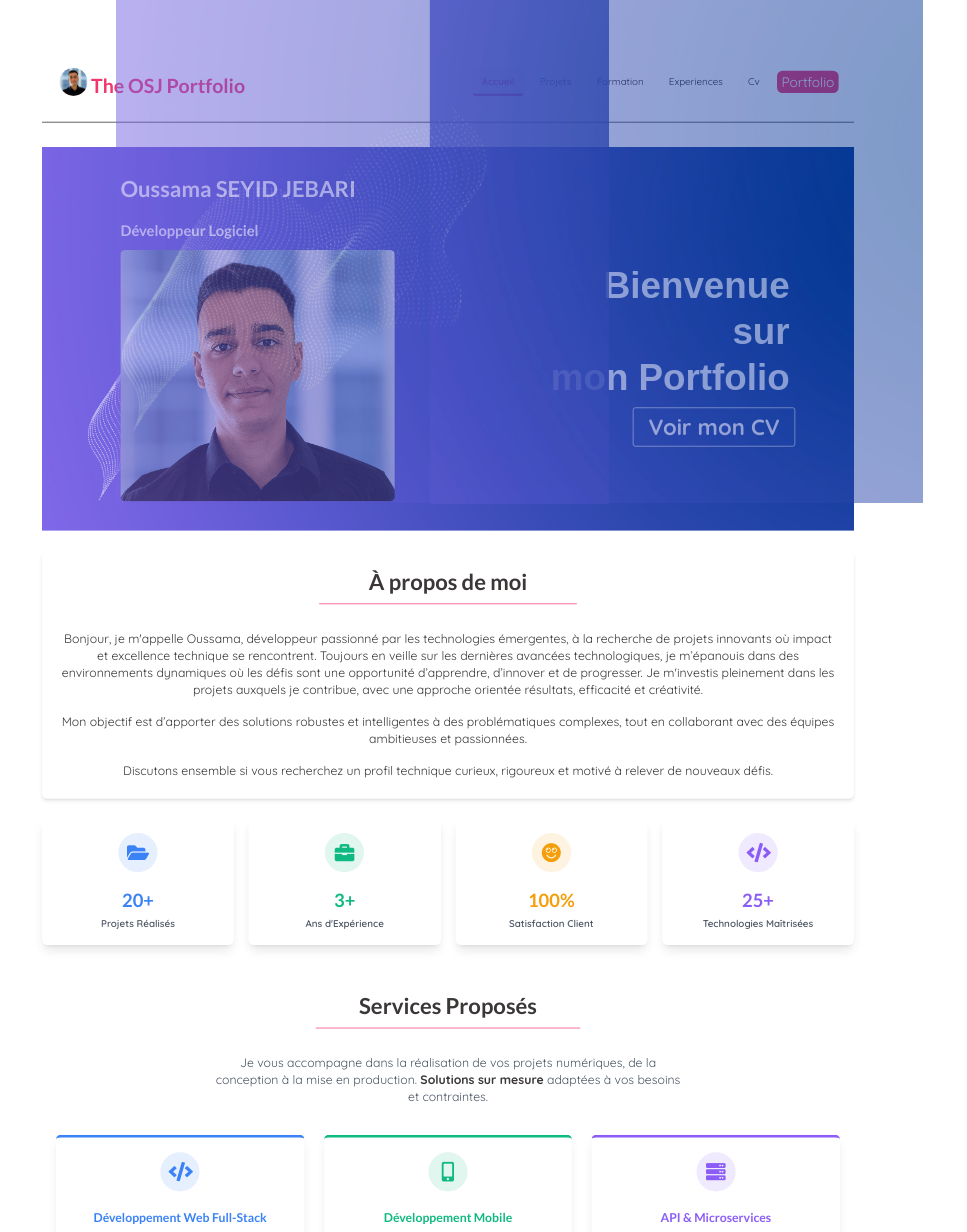
Repository: OussamSJ/Portfolio
Page: /
An editor plug-in stored every save of this project. The page is shown before and after the next save, followed by the edit.
The browser window is 1280 px wide. The page is 1382 px wide, then 1280 px, so the pictures cover 1382 px, including what lies to the right of the window. The pictures show the part of the page from y = 0 to 1760 px (the page is 5165 px tall), at 70% of full size.
The project was rebuilt for these pictures with package versions that can differ from the ones it lists, and the page was loaded fresh each time. Also part of the build but not shown: src/Cv.js, src/Expcomponent.js, src/Experiences.js, src/FormationComponent.js, src/Formation.js, src/projets/ProjetComponent.js, src/Processus.js, src/projets/Projet.js and 5 more.

Above is the page before, as saved 2026-02-06 17:18:30.

### public/index.html
<!DOCTYPE html>
<html lang="en">
  <head>
    <meta charset="utf-8" />
    <link rel="icon" href="%PUBLIC_URL%/Logo-Devloper.png" />
    <meta name="viewport" content="width=device-width, initial-scale=1" />
    <meta name="theme-color" content="#000000" />
    <meta
      name="description"
      content="Web site created using create-react-app"
    />
    <link rel="apple-touch-icon" href="%PUBLIC_URL%/logo192.png" />
    <!--
      manifest.json provides metadata used when your web app is installed on a
      user's mobile device or desktop. See https://developers.google.com/web/fundamentals/web-app-manifest/
    -->
    <link rel="manifest" href="%PUBLIC_URL%/manifest.json" />
    <!--
      Notice the use of %PUBLIC_URL% in the tags above.
      It will be replaced with the URL of the `public` folder during the build.
      Only files inside the `public` folder can be referenced from the HTML.

      Unlike "/favicon.ico" or "favicon.ico", "%PUBLIC_URL%/favicon.ico" will
      work correctly both with client-side routing and a non-root public URL.
      Learn how to configure a non-root public URL by running `npm run build`.
    -->
    <title>Portfolio App</title>
  </head>
  <body>
    <noscript>You need to enable JavaScript to run this app.</noscript>
    <div id="root"></div>
    <!--
      This HTML file is a template.
      If you open it directly in the browser, you will see an empty page.

      You can add webfonts, meta tags, or analytics to this file.
      The build step will place the bundled scripts into the <body> tag.

      To begin the development, run `npm start` or `yarn start`.
      To create a production bundle, use `npm run build` or `yarn build`.
    -->
  </body>
</html>

### src/index.js
import React from 'react';
import ReactDOM from 'react-dom/client';
import './index.css';
import App from './App';
import reportWebVitals from './reportWebVitals';
import 'semantic-ui-css/semantic.min.css'

const root = ReactDOM.createRoot(document.getElementById('root'));
root.render(
  <React.StrictMode>
    <App />
  </React.StrictMode>
);

// If you want to start measuring performance in your app, pass a function
// to log results (for example: reportWebVitals(console.log))
// or send to an analytics endpoint. Learn more: https://bit.ly/CRA-vitals
reportWebVitals();

### src/index.css
@import url('https://fonts.googleapis.com/css2?family=Quicksand:wght@300;400;500;600;700&display=swap');
@tailwind base;
@tailwind components;
@tailwind utilities;

/* base styles */
* {
  margin: 0;
  font-family: -apple-system, BlinkMacSystemFont, 'Segoe UI', 'Roboto', 'Oxygen',
    'Ubuntu', 'Cantarell', 'Fira Sans', 'Droid Sans', 'Helvetica Neue',
    sans-serif;
  -webkit-font-smoothing: antialiased;
  -moz-osx-font-smoothing: grayscale;
  font-family: "Quicksand";
  color: #3b3737;
}

html {
  scroll-behavior: smooth;
}

code {
  font-family: source-code-pro, Menlo, Monaco, Consolas, 'Courier New',
    monospace;
}

.navbar {
  padding: 20px;
  display: flex;
  align-items: center;
  max-width: 1200px;
  margin: 0 auto;
  border-bottom: 1px solid #212020;

}

.navbar h1 {
  color: #f1356d;
}

.navbar .links {
  margin-left: auto;
}

.navbar a {
  margin-left: 16px;
  text-decoration: none;
  padding: 6px;
}

.navbar img {
  width: 40px;
  height: 40px;
  margin: 5px;
  object-fit: cover;
  /* remplit et rogne si besoin */
  border-radius: 50%;
  /* transforme le carré en cercle */
  display: block;
}

.navbar a:hover {
  color: #f1356d;
}


/* Responsive: cache les liens sur mobile */
.desktop-only {
  display: flex;
}


.mobile-toggle {
  display: none;
  margin-left: auto;
  cursor: pointer;
}

/* Responsive behavior */
/* Masque le menu desktop sur petits écrans */
@media (max-width: 768px) {
  .desktop-only {
    display: none !important;
  }

  .mobile-toggle {
    display: block !important;
    cursor: pointer;
  }
}


.content {
  max-width: 1200px;
  margin: 40px auto;
  padding: 20px;
}


.couverture {
  background-image:
    url("/public/couverture-portfolio.png");
  background-size: cover;
  /* couvre tout le conteneur sans déformation */
  background-position: center;
  /* centre l’image */
  background-repeat: no-repeat;
  /* pas de répétition */
  height: 100%;
  width: 100%;
  color: white;
  font-family: 'Orbitron', sans-serif;
  /* une police géométrique, proche de celle utilisée */

}
@keyframes crtVerticalShake {
  0% { transform: translateY(0); }
  20% { transform: translateY(-1px); }
  40% { transform: translateY(1px); }
  60% { transform: translateY(-1px); }
  80% { transform: translateY(1px); }
  100% { transform: translateY(0); }
}

.couverture::before,
.couverture::after {
  content: "";
  position: absolute;
  top: 0;
  bottom: 0;
  width: 100%;
  background-image: inherit;
  background-size: cover;
  background-position: center;
  pointer-events: none;
}


.couverture::before {
  clip-path: inset(0 40% 0 40%);
  animation: crtVerticalShake 0.18s steps(1) infinite;
  opacity: 0.8;
}

.couverture::after {
  clip-path: inset(0 5% 0 5%);
  animation: crtVerticalShake 0.12s steps(1) infinite reverse;
  opacity: 0.5;
}





.couverture h1 {
  margin-top: 20px auto;
  margin-right: 50px;
  align-items: center;
  text-align: center;
  color: aliceblue;
  text-align: right;
  font-family: 'Agrandir Grand', sans-serif;
  /* une police futuriste */
}


.portfolio-footer {
  justify-content: space-between;
  display: flex;
  padding: 20px;
  border-top: 1px solid #212020;
}

.card-title {
  margin-bottom: 20px;

  padding: 0;
  font-size: 1.2rem;

}

.social-links a {
  list-style: none;
  all: unset;
  color: inherit;
  text-decoration: none;
  margin-left: auto;
  text-align: left;

}

.social-links img {
  width: 40%;
  height: 40%;
}


ul {
  list-style-type: none;
  padding: 0;
  margin: 0;

}

.social-links a:hover {
  color: #f1356d;
}

.footer-bottom {
  display: block;
  text-align: center;
}

ul li {
  text-align: left;

}



.not-found {
  justify-content: center;
  align-items: center;
  text-align: center;
  height: 50vh;
  margin-top: 200px;
  font-size: 3rem;
}


img-couverture {
  width: 100%;
  height: 100%;
  justify-content: flex-end;
  align-items: center;
  object-fit: fill;
  /* Remplit l'élément sans déformation */
  border-radius: 50%;
  /* Transforme le carré en cercle */
  display: flex;
}

/* Amélioration des styles pour le Navbar */

/* Style pour l'item actif dans le menu desktop */
.navbar .links .ui.menu .item.active {
  color: #f1356d !important;
  font-weight: bold;
  border-bottom: 3px solid #f1356d;
}

/* Hover sur les items du menu desktop */
.navbar .links .ui.menu .item:hover {
  color: #f1356d !important;
  transition: color 0.3s ease;
}

/* Style du sidebar mobile - override de Semantic UI */
.ui.sidebar.menu .item {
  transition: all 0.3s ease;
}
.ui.sidebar.menu .item.item.active {

  border-left: 4px solid #f1356d !important;
}

.ui.sidebar.menu .item:hover {
  background-color: rgba(241, 53, 109, 0.1) !important;
}

/* Animation de l'overlay */
@keyframes fadeIn {
  from {
    opacity: 0;
  }
  to {
    opacity: 1;
  }
}

.sidebar-overlay {
  animation: fadeIn 0.3s ease;
}

/* Amélioration du bouton hamburger */
.mobile-toggle {
  color: #3b3737;
  transition: transform 0.3s ease;
}

.mobile-toggle:hover {
  transform: scale(1.1);
  color: #f1356d;
}

/* Responsive - s'assurer que le toggle est visible uniquement sur mobile */
@media (min-width: 769px) {
  .mobile-toggle {
    display: none !important;
  }
}

@media (max-width: 768px) {
  .desktop-only {
    display: none !important;
  }

  .mobile-toggle {
    display: block !important;
  }
}

/* Animation pulse pour le badge disponibilité */
@keyframes pulse {
  0%, 100% {
    opacity: 1;
  }
  50% {
    opacity: 0.5;
  }
}

.animate-pulse {
  animation: pulse 2s cubic-bezier(0.4, 0, 0.6, 1) infinite;
}

/* Amélioration des transitions */
.transition-all {
  transition-property: all;
  transition-timing-function: cubic-bezier(0.4, 0, 0.2, 1);
  transition-duration: 300ms;
}

### src/App.js
import React from 'react';
import { BrowserRouter, Routes, Route } from 'react-router-dom';
import Home from './Home';
import Navbar from './Navbar';
import Cv from './Cv';
import Footbar from './Footbar';
import Experiences from './Experiences';
import Formation from './Formation';
import ProjetDetail from './projets/ProjetDetail';
import Projet from './projets/Projet';


function App() {
  return (
    <BrowserRouter>
      <div className="App">
        <div className='content'>
          <Routes>
            <Route path="/" element={<Home />} />
            <Route path="/cv" element={<Cv />} />
            <Route path="/experiences-professionnelle" element={<div ><Navbar /> <Experiences /><Footbar /></div>} />
            <Route path="/formation" element={<div ><Navbar /> <Formation /><Footbar /></div>} />
            <Route path="/projet" element={<div ><Navbar /> <Projet /><Footbar /></div>} />

           <Route path="/projet/:id" element={<div><Navbar /><ProjetDetail /><Footbar /></div>} />
            <Route path="*" element={
              <div >
                <Navbar />
                <h1 className='not-found' >Page introuvable</h1>
                <Footbar />
              </div>
            } />
          </Routes>
        </div>
      </div>
    </BrowserRouter>
  );
}

export default App;

### src/Navbar.js
import { color } from 'framer-motion';
import React, { Component } from 'react';
import { Menu, MenuItem, MenuMenu, Icon, Sidebar } from 'semantic-ui-react';

class Navbar extends Component {

  state = {
    activeItem: 'accueil',
    sidebarVisible: false,
  };

  handleItemClick = (e, { name }) => this.setState({ activeItem: name });

  toggleSidebar = () => {
    this.setState(prev => ({ sidebarVisible: !prev.sidebarVisible }));
  };

  componentDidMount() {
    this.updateActiveItem();

  }

  updateActiveItem = () => {
    const pathname = this.props.location?.pathname || window.location.pathname;

    if (pathname === '/') {
      this.setState({ activeItem: 'accueil' });
    } else if (pathname.startsWith('/projet')) {
      this.setState({ activeItem: 'projets' });
    } else if (pathname === '/formation') {
      this.setState({ activeItem: 'formation' });
    } else if (pathname === '/experiences-professionnelle') {
      this.setState({ activeItem: 'expériences' });
    } else if (pathname === '/cv') {
      this.setState({ activeItem: 'cv' });
    }
  };


  render() {
    const { activeItem, sidebarVisible } = this.state;

    return (
      <>
        {/* Navbar Desktop */}
        <nav className="navbar">
          <img src="/photo-portfolio.png" alt="logo" className="logo" />
          <h1>The OSJ Portfolio</h1>

          {/* Bouton hamburger pour mobile */}
          <div className="mobile-toggle" onClick={this.toggleSidebar}>
            <Icon name="bars" size="large" />
          </div>

          {/* Menu Desktop */}
          <div className="links desktop-only">
            <Menu secondary>
              <MenuItem
                name='accueil'
                active={activeItem === 'accueil'}
                onClick={this.handleItemClick}
                as="a"
                href="/"
              />
              <MenuItem
                name='projets'
                active={activeItem === 'projets'}
                onClick={this.handleItemClick}
                as="a"
                href="/projet"
              />
              <MenuItem
                name='formation'
                active={activeItem === 'formation'}
                onClick={this.handleItemClick}
                as="a"
                href="/formation"
              />
              <MenuItem
                name='expériences'
                active={activeItem === 'expériences'}
                onClick={this.handleItemClick}
                as="a"
                href="/experiences-professionnelle"
              />
              <MenuItem
                name='cv'
                active={activeItem === 'cv'}
                onClick={this.handleItemClick}
                as="a"
                href="/cv"
              />
              <MenuMenu position='right'>
                <MenuItem
                  name='portfolio'
                  active={activeItem === 'portfolio'}
                  onClick={this.handleItemClick}
                  as="a"
                  href="/"
                  style={{
                    color: 'white',
                    fontSize: '1.4em',
                    backgroundColor: '#f1356d',
                    borderRadius: '8px',
                    padding: '6px',

                  }}
                />
              </MenuMenu>
            </Menu>
          </div>
        </nav>

        {/* Overlay - Fond sombre cliquable pour fermer le sidebar */}
        {sidebarVisible && (
          <div
            onClick={this.sidebarVisible}
            style={{
              position: 'fixed',
              top: 0,
              left: 0,
              width: '100%',
              height: '100%',
              backgroundColor: 'rgba(0, 0, 0, 0.5)',
              zIndex: 100,
              cursor: 'pointer'
            }}
            aria-label="Fermer le menu"
          />
        )}

        {/* Sidebar Mobile */}
        <Sidebar
          as={Menu}
          animation='overlay'
          icon='labeled'
          inverted
          vertical
          visible={sidebarVisible}
          width='thin'
          direction='right'
          style={{
            backgroundColor: '#3b3737',
            zIndex: 101,
            paddingTop: '20px'
          }}
          onHide={this.toggleSidebar}
        >


          {/* Items du menu mobile */}
          <MenuItem as="a" href="/" onClick={this.toggleSidebar} active={activeItem === 'accueil'}>

            Accueil
          </MenuItem>

          <MenuItem as="a" href="/projet" onClick={this.toggleSidebar} active={activeItem === 'projets'}>

            Projets
          </MenuItem>

          <MenuItem as="a" href="/formation" onClick={this.toggleSidebar} active={activeItem === 'formation'}>

            Formation
          </MenuItem>

          <MenuItem as="a" href="/experiences-professionnelle" onClick={this.toggleSidebar} active={activeItem === 'expériences'}>

            Expériences
          </MenuItem>

          <MenuItem as="a" href="/cv" onClick={this.toggleSidebar} active={activeItem === 'cv'}>

            CV
          </MenuItem>


         </Sidebar>

      </>
    );
  }
}

export default Navbar;

### src/Footbar.js
import { color } from "framer-motion";

const Footbar = () => {
  return (
    <div className="footbar">
      {/* footbar  */}
      <footer className="portfolio-footer">

      <div className="card-deck">
        <div className="card">
        <div className="card-body">
          <h4 className="card-title">À propos</h4>
          <p className="card-text">Développeur Web passionné, créant des expériences utilisateur fluides.</p>
        </div>
        </div>
      </div>

      <div className="card-deck">
        <div className="card">
        <div className="card-body">
          <h4 className="card-title">Liens utiles</h4>
          <ul className="social-links" style={{ color: '#3b3737'}}>

          <li><a href="/">Accueil</a></li>
          <li><a href="/projet">Projet</a></li>
          <li><a href="/cv">CV</a></li>
          <li><a href="/formation">Formations</a></li>

          </ul>
        </div>
        </div>
      </div>

      <div className="card-deck">
        <div className="card">
        <div className="card-body">
          <h4 className="card-title">Suivez-moi</h4>
          <ul className="social-links">
          <li><a href="https://github.com/OussamSJ"> <img src="/github.svg" alt="GitHub" target="_blank" rel="noopener noreferrer"></img></a></li>
          <li><a href="https://www.linkedin.com/in/oussama-sj/"> <img src="/linkedin.svg" alt="LinkedIn" target="_blank" rel="noopener noreferrer"></img></a></li>
          <li><a href="https://www.instagram.com/oussama.sj/"> <img  src="/instagram.svg" alt="Instagram" target="_blank" rel="noopener noreferrer"></img></a></li>
          </ul>
        </div>
        </div>
      </div>

      </footer>
      <div className="footer-bottom">
      <p>© 2025 Oussama SEYID JEBARI <br /> Tous droits réservés.</p>
      </div>

    </div>

    );
}

export default Footbar;

### src/Badgescertifications.js
import { motion } from "framer-motion";
import { Icon } from "semantic-ui-react";

const badges = [
  {
    titre: "Mastère Expert en Ingénierie Logiciel",
    organisation: "ISCOD",
    annee: "2023-2025",
    type: "Diplôme",
    icon: "graduation cap",
    color: "#3b82f6"
  },
  {
    titre: "Mastère en Informatique et SI",
    organisation: "EPSI",
    annee: "2021-2023",
    type: "Diplôme",
    icon: "graduation cap",
    color: "#10b981"
  },
  {
    titre: "Licence en Génie Informatique",
    organisation: "FST Tanger",
    annee: "2017-2021",
    type: "Diplôme",
    icon: "graduation cap",
    color: "#8b5cf6"
  }
];

const certifications = [
  {
    titre: "Spring Framework Professional",
    organisation: "Certification en cours",
    icon: "certificate",
    color: "#10b981"
  },
   {
    titre: "Mastère Expert en Ingénierie Logiciel",
    organisation: "Certifié",
    icon: "graduation cap",
    color: "#00008B"
  },
  {
    titre: "AWS Cloud Practitioner",
    organisation: "En préparation",
    icon: "cloud",
    color: "#f59e0b"
  },
     {
    titre: "Licence en Génie Informatique",
    organisation: "Certifié",
    icon: "graduation cap",
    color: "#4169E1"
  }
];


export default function BadgesCertifications() {
  return (
    <section className="my-20 px-4">
      <div className="max-w-7xl mx-auto">
        <h2 className="text-4xl font-bold mb-4 text-center">Diplômes & Certifications</h2>
        <div className="relative top-1/2 w-1/3 mx-auto mb-10 h-0.5 bg-primary transform -translate-y-1/2 z-0 hidden sm:block" />

        {/* Diplômes */}
        <h3 className="text-2xl font-bold mb-6 text-center">Diplômes</h3>
        <div className="grid grid-cols-1 md:grid-cols-3 gap-6 mb-12">
          {badges.map((badge, index) => (
            <motion.div
              key={index}
              initial={{ opacity: 0, y: 30 }}
              whileInView={{ opacity: 1, y: 0 }}
              transition={{ duration: 0.5, delay: index * 0.1 }}
              viewport={{ once: true }}
              className="bg-white p-6 rounded-lg shadow-lg hover:shadow-xl transition-shadow duration-300 border-l-4"
              style={{ borderLeftColor: badge.color }}
            >
              <div
                className="w-16 h-16 rounded-full flex items-center justify-center mb-4 mx-auto"
                style={{ backgroundColor: `${badge.color}20` }}
              >
                <Icon
                  name={badge.icon}
                  size="big"
                  style={{ color: badge.color, margin: 0 }}
                />
              </div>

              <h4 className="text-lg font-bold text-center mb-2" style={{ color: badge.color }}>
                {badge.titre}
              </h4>
              <p className="text-gray-600 text-center mb-2">{badge.organisation}</p>
              <p className="text-sm text-gray-500 text-center">
                <Icon name="calendar" /> {badge.annee}
              </p>
            </motion.div>
          ))}
        </div>

        {/* Certifications en cours */}
        <h3 className="text-2xl font-bold mb-6 text-center">Certifications</h3>
        <div className="grid grid-cols-1 md:grid-cols-3 gap-6 max-w-full mx-auto">
          {certifications.map((cert, index) => (
            <motion.div
              key={index}
              initial={{ opacity: 0, y: 30 }}
              whileInView={{ opacity: 1, y: 0 }}
              transition={{ duration: 0.5, delay: index * 0.1 }}
              viewport={{ once: true }}
              className="bg-white p-6 rounded-full shadow-lg hover:shadow-xl transition-shadow duration-300 flex items-center gap-4"
            >
              <div
                className="w-14 h-14 rounded-full flex items-center justify-center flex-shrink-0"
                style={{ backgroundColor: `${cert.color}20` }}
              >
                <Icon
                  name={cert.icon}
                  size="large"
                  style={{ color: cert.color, margin: 0 }}
                />
              </div>
              <div>
                <h4 className="text-lg font-bold" style={{ color: cert.color }}>
                  {cert.titre}
                </h4>
                <p className="text-gray-600 text-sm">{cert.organisation}</p>
              </div>
            </motion.div>
          ))}
        </div>
      </div>
    </section>
  );
}

### tailwind.config.js
/** @type {import('tailwindcss').Config} */
module.exports = {
  content: [  "./src/**/*.{js,ts,jsx,tsx}",],
  theme: {
    extend: {
      colors: {
        primary: '#f1356d', // Exemple
      },
    },
  },
  plugins: [],
}

Loaded but not shown: src/reportWebVitals.js (common file); src/Home.js (236 lines, source omitted); src/ContactForm.js (209 lines, source omitted); src/Services.js (138 lines, source omitted)

After the next save:
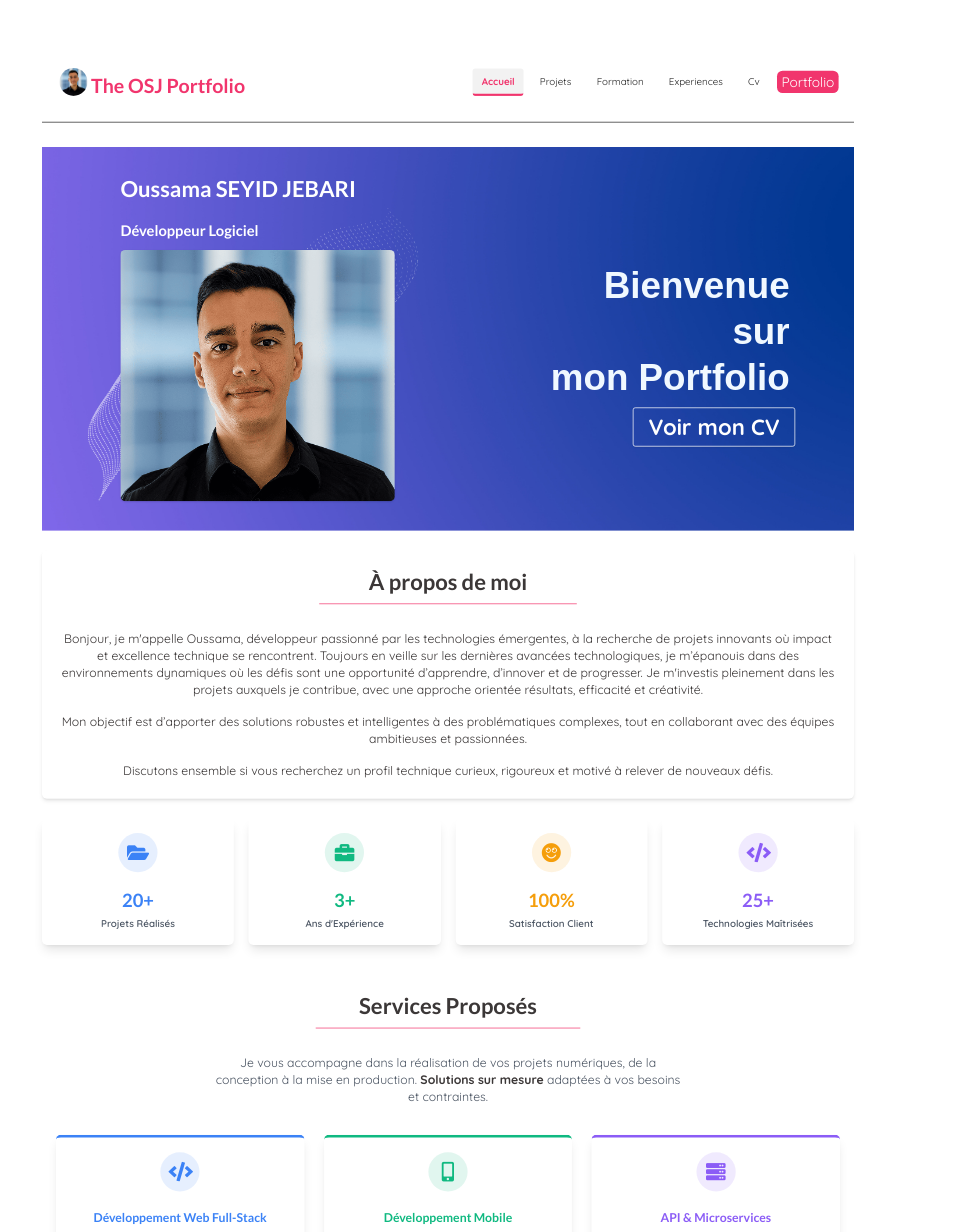
Saved 31 s later.
--- a/src/index.css
+++ b/src/index.css
@@ -113,40 +113,7 @@
   /* une police géométrique, proche de celle utilisée */
 
 }
-@keyframes crtVerticalShake {
-  0% { transform: translateY(0); }
-  20% { transform: translateY(-1px); }
-  40% { transform: translateY(1px); }
-  60% { transform: translateY(-1px); }
-  80% { transform: translateY(1px); }
-  100% { transform: translateY(0); }
-}
-
-.couverture::before,
-.couverture::after {
-  content: "";
-  position: absolute;
-  top: 0;
-  bottom: 0;
-  width: 100%;
-  background-image: inherit;
-  background-size: cover;
-  background-position: center;
-  pointer-events: none;
-}
-
-
-.couverture::before {
-  clip-path: inset(0 40% 0 40%);
-  animation: crtVerticalShake 0.18s steps(1) infinite;
-  opacity: 0.8;
-}
-
-.couverture::after {
-  clip-path: inset(0 5% 0 5%);
-  animation: crtVerticalShake 0.12s steps(1) infinite reverse;
-  opacity: 0.5;
-}
+
 
 
 
